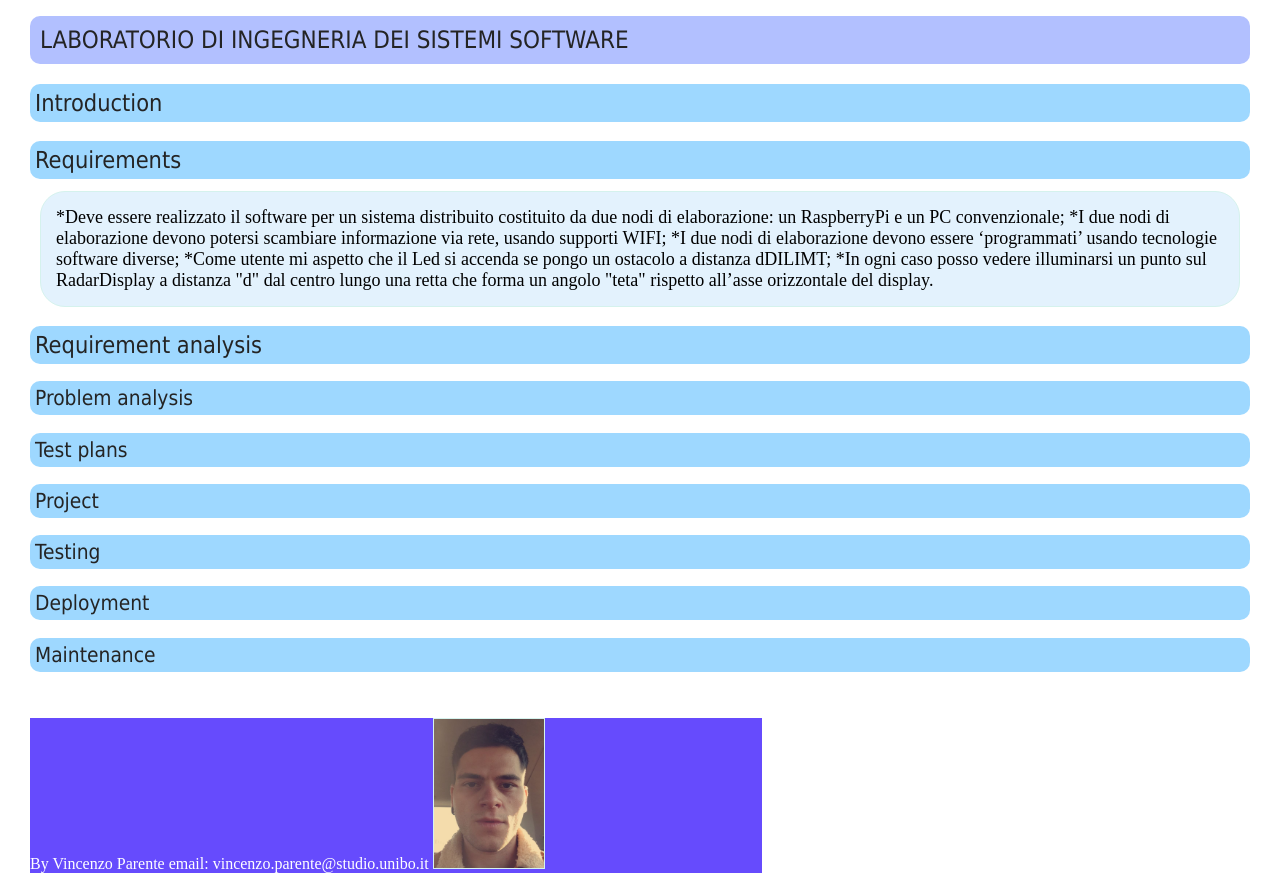
Repository: ParenteVincenzo/iss2022
Page: it.unibo.radarSystem22/userDocs/radarSystem22.html
An editor plug-in stored every save of this project. The page is shown before and after the next save, followed by the edit.
The browser window is 1280 px wide. The pictures show the whole page.

Above is the page before, as saved 2022-03-06 16:48:53.

### it.unibo.radarSystem22/userDocs/radarSystem22.html
<!DOCTYPE html PUBLIC "-//W3C//DTD HTML 4.01//EN" "http://www.w3.org/TR/html4/strict.dtd">
<html>
    <!--
<link rel="stylesheet" type="text/css" href="../css/issStyle1.css">
<script type="text/javascript" src="../css/issStyle.js"></script>
-->
<style type="text/css">
body
{
    margin-left:  30px;
    margin-right: 30px;
};

P
{
    font-family: Tahoma;
    font-size: 10pt;
};

a, a:visited, a:active, a:link, a:hover {
    text-decoration: underline;
    color: #545454;
    background-color: transparent;
	font-size: 93%;
}

a:hover {
    background-color: #cccccc;
}


hr {
    clear: both;
    height: 1px;
    color: #242424;
    background-color: transparent;
}

h1, h2, h3 {
    color: #242424;
    clear: left;
    font: 100% Tahoma, Helvetica, Arial, sans-serif;
    margin-bottom: 0.5em;
    padding-top: 0.5em;
	border-radius: 10px;
	padding: 5px;
}

top {
	width: 100%;
}


#i {
    color: #ff1010;
}
tt{
	font-family: "Arial";
    font-size: 90%;
	color: #006600;
}
em{
	font-family: "Arial";
    font-size: 80%;
	font-weight: bold;
	border-style:solid;
	border-color: #abe876;
    color: #1632cc;
}
bc{
	font-family: "Arial";
	font-size: 90%;
	font-weight: bold;
    color: #990000;
	background-color: #fcf8c7;
}
ks{
	font-family: "Arial";
	font-weight: bold;
    color: #0000CD	;
	font-size: 90%;
}
kc{
	font-family: "Arial";
	font-weight: bold;
    color: #008000	;
	font-size: 90%;
}
pre{
	font-family: "Consolas";
	font-size: 85%;
	background-color: #f5f5f5;
	border: 1.5px solid silver;
	padding: 5px;
}
m{
	font-family: "Helvetica";
	line-height: 100%;
 	font-size: 75%;
}
div.body{

    font-size: 18px;
}
k{
    color: #990000;
	font-weight: bold;
	font-size: 90%;
}
h1 {
    font-size: 150%;
    background-color: #b2c0ff;
	padding: 10px;
}

h2 {
    background-color: #9ed8ff;
    font-size: 130%;
}

h3 {
	background-color: #e6ccff;
    font-size: 100%;
}
h4 {
    background-color: #ccffcc;
    font-size: 100%;
	width: 95%;
	border-radius: 5px;
	padding: 2px;
}
h5 {
    background-color: #d5ffb0;
    font-size: 100%;

}
div.req{
	background-color: #d9ffb3;
    font-size: 18px;
	width: 700px;
    border: 3px solid green;
    padding: 15px;
    margin: 10px;
}
div.remark{
	background-color: #E3F2FD;
    border: 1.5px solid #d5f2ed;
    padding: 15px;
    margin: 10px;
	border-radius: 25px;
}
table, th, td {
  border: 1px solid black;
  border-collapse: collapse;
}

ol, ul, li {
  margin: 0;
  margin-left: 10px;
  padding: 0;
  padding-bottom: 5px;
}

table, th, td {
	border: 1px solid black;
}

img {
	border: 1.5px solid #d5f2ed

}

a, a:visited, a:active, a:link, a:hover {
    text-decoration: underline;
    color: #545454;
    background-color: transparent;
}

div.wrapdesc{
	width: 90%;
	margin: auto;
}

div.imagedesc{
	width: 85%;
	margin: auto;
}
</style>

<head>

<title>TemplateToFill</title></head>

<body>
<div id="top">
<h1>LABORATORIO DI INGEGNERIA DEI SISTEMI SOFTWARE <font size="5"></font> </h1>
</div>

<div class="body">
<h2>Introduction</h2>


<h2>Requirements</h2>


<div class="remark">
*Deve essere realizzato il software per un sistema distribuito costituito da due nodi di elaborazione: un RaspberryPi e un PC convenzionale;
*I due nodi di elaborazione devono potersi scambiare informazione via rete, usando supporti WIFI;
*I due nodi di elaborazione devono essere ‘programmati’ usando tecnologie software diverse;
*Come utente mi aspetto che il Led si accenda se pongo un ostacolo a distanza d<DILIMT dal Sonar e che il Led si spenga non appena porto l’ostacolo ad una distanza d>DILIMT;
*In ogni caso posso vedere illuminarsi un punto sul RadarDisplay a distanza "d" dal centro lungo una retta che forma un angolo "teta" rispetto all’asse orizzontale del display.
</div>



<h2>Requirement analysis</h2>


</div>

<h2>Problem analysis</h2>


<h2>Test plans</h2>


<h2>Project</h2>

</div>

<h2>Testing</h2>


<h2>Deployment</h2>


<h2>Maintenance</h2>

<!-- USEFUL
<table style="width:100%" border="1">
<tr>
<td style="width:50%">
</td>
<td></td>
</tr>
</table>
-->

<br/><br/>
</div>

<div style="background-color:rgba(86, 56, 253, 0.9); width:60%;text-align:left;color:white">
By Vincenzo Parente email: vincenzo.parente@studio.unibo.it
<img src="vincenzoP.jpg" alt="mbot" width="15%" height="15%">
</div>
</body>
</html>

After the next save:
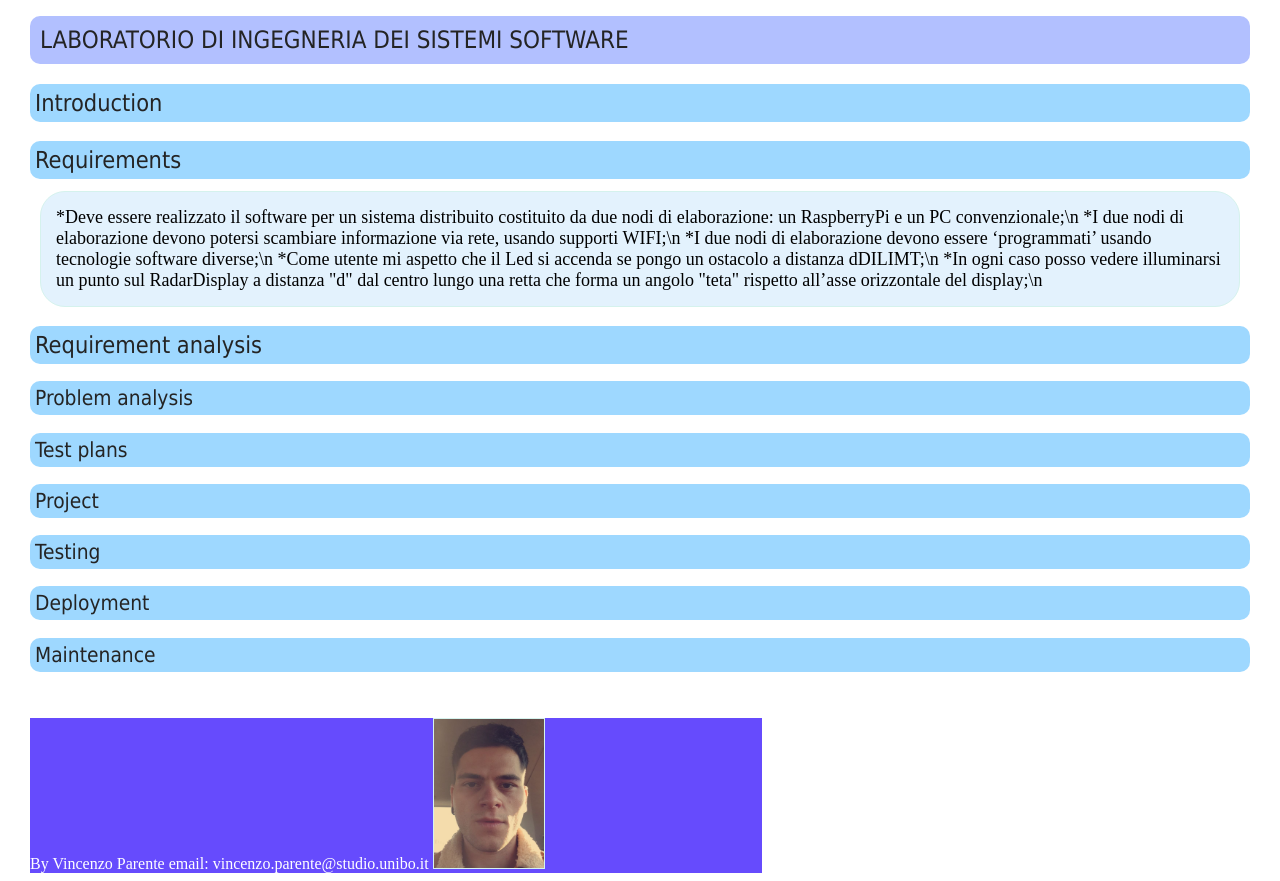
Saved 61 s later.
--- a/it.unibo.radarSystem22/userDocs/radarSystem22.html
+++ b/it.unibo.radarSystem22/userDocs/radarSystem22.html
@@ -204,11 +204,11 @@ div.imagedesc{
 
 
 <div class="remark">
-*Deve essere realizzato il software per un sistema distribuito costituito da due nodi di elaborazione: un RaspberryPi e un PC convenzionale;
-*I due nodi di elaborazione devono potersi scambiare informazione via rete, usando supporti WIFI;
-*I due nodi di elaborazione devono essere ‘programmati’ usando tecnologie software diverse;
-*Come utente mi aspetto che il Led si accenda se pongo un ostacolo a distanza d<DILIMT dal Sonar e che il Led si spenga non appena porto l’ostacolo ad una distanza d>DILIMT;
-*In ogni caso posso vedere illuminarsi un punto sul RadarDisplay a distanza "d" dal centro lungo una retta che forma un angolo "teta" rispetto all’asse orizzontale del display.
+*Deve essere realizzato il software per un sistema distribuito costituito da due nodi di elaborazione: un RaspberryPi e un PC convenzionale;\n
+*I due nodi di elaborazione devono potersi scambiare informazione via rete, usando supporti WIFI;\n
+*I due nodi di elaborazione devono essere ‘programmati’ usando tecnologie software diverse;\n
+*Come utente mi aspetto che il Led si accenda se pongo un ostacolo a distanza d<DILIMT dal Sonar e che il Led si spenga non appena porto l’ostacolo ad una distanza d>DILIMT;\n
+*In ogni caso posso vedere illuminarsi un punto sul RadarDisplay a distanza "d" dal centro lungo una retta che forma un angolo "teta" rispetto all’asse orizzontale del display;\n
 </div>
 
 
